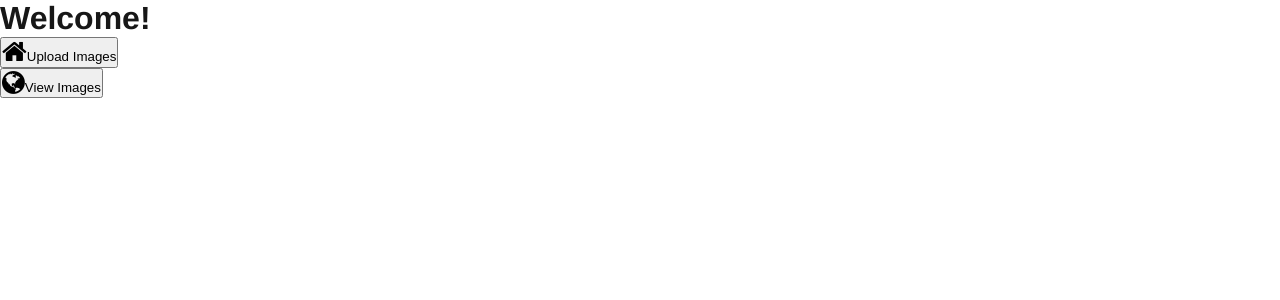
Repository: EricRobertCampbell/palaeo-fossil-classifier
Page: /dashboard (app in palaeo-fossil-classifier/)
The author's editor kept a copy of each file at every save. The page is drawn from the files as they stood at one save, then again after the next save.
The browser window is 1280 px wide. The pictures show the whole page.
Some web libraries are served in a nearby version. The project was rebuilt for these pictures with package versions that can differ from the ones it lists, and the page was loaded fresh each time. The framework's server and built-in components were replaced by stand-ins that run in the browser. Also part of the build but not shown: palaeo-fossil-classifier/next.config.ts, palaeo-fossil-classifier/app/admin.tsx, palaeo-fossil-classifier/app/classify.tsx.

Above is the page before, as saved 2024-11-30 14:18:34.

### palaeo-fossil-classifier/app/dashboard/page.tsx
"use client";
import React from "react";
import "./page.module.css";
import { useState } from "react";
import Admin from "../admin";
import Classify from "../classify";

export default function dashboard() {
  const [component1, setComponent1] = useState(false);
  const [component2, setComponent2] = useState(false);

  const handleAdmin = () => {
    setComponent1(true);
    setComponent2(false);
  };
  const handleClasify = () => {
    setComponent2(true);
    setComponent1(false);
  };

  return (
    <div>
      <h1>Welcome!</h1>
      <div className="area">
        <nav className="main-menu">
          <ul>
            <li className="">
              <button
                onClick={() => {
                  handleAdmin();
                }}
              >
                <i className="fa fa-home fa-2x"></i>
                <span className="nav-text">Upload Images</span>
              </button>
            </li>
            <li className="has-subnav">
              <button
                onClick={() => {
                  handleClasify();
                }}
              >
                <i className="fa fa-globe fa-2x"></i>
                <span className="nav-text">View Images</span>
              </button>
            </li>
          </ul>
        </nav>
        <div className="component">{component1 ? <Admin /> : <></>}</div>
        <div className="component">{component2 ? <Classify /> : <></>}</div>
      </div>
    </div>
  );
}

### palaeo-fossil-classifier/app/globals.css
:root {
  --background: #ffffff;
  --foreground: #171717;
}

@media (prefers-color-scheme: dark) {
  :root {
    --background: #0a0a0a;
    --foreground: #ededed;
  }
}

html,
body {
  max-width: 100vw;
  overflow-x: hidden;
}

body {
  color: var(--foreground);
  background: var(--background);
  font-family: Helvetica;
  -webkit-font-smoothing: antialiased;
  -moz-osx-font-smoothing: grayscale;
}

* {
  box-sizing: border-box;
  padding: 0;
  margin: 0;
}

a {
  color: inherit;
  text-decoration: none;
}

@media (prefers-color-scheme: dark) {
  html {
    color-scheme: dark;
  }
}

### palaeo-fossil-classifier/app/dashboard/page.module.css
@import url(//netdna.bootstrapcdn.com/font-awesome/4.0.3/css/font-awesome.css);

@import url(https://fonts.googleapis.com/css?family=Titillium+Web:300);

.area{
    display: inline;
}

.fa-2x {
font-size: 2em;
}
.fa {
position: relative;
display: table-cell;
width: 60px;
height: 36px;
text-align: center;
vertical-align: middle;
font-size:20px;
}


.main-menu:hover,nav.main-menu.expanded {
width:250px;
overflow:visible;
}

.main-menu {
background:#212121;
border-right:1px solid #e5e5e5;
position:absolute;
top:0;
bottom:0;
height:100%;
left:0;
width:60px;
overflow:hidden;
-webkit-transition:width .05s linear;
transition:width .05s linear;
-webkit-transform:translateZ(0) scale(1,1);
z-index:1000;
}

.main-menu>ul {
margin:7px 0;
}

.main-menu li {
position:relative;
display:block;
width:250px;
}

.main-menu li>a {
position:relative;
display:table;
border-collapse:collapse;
border-spacing:0;
color:#999;
 font-family: arial;
font-size: 14px;
text-decoration:none;
-webkit-transform:translateZ(0) scale(1,1);
-webkit-transition:all .1s linear;
transition:all .1s linear;

}

.main-menu .nav-icon {
position:relative;
display:table-cell;
width:60px;
height:36px;
text-align:center;
vertical-align:middle;
font-size:18px;
}

.main-menu .nav-text {
position:relative;
display:table-cell;
vertical-align:middle;
width:190px;
  font-family: 'Titillium Web', sans-serif;
}

.main-menu>ul.logout {
position:absolute;
left:0;
bottom:0;
}

.no-touch .scrollable.hover {
overflow-y:hidden;
}

.no-touch .scrollable.hover:hover {
overflow-y:auto;
overflow:visible;
}

.a:hover,.a:focus {
text-decoration:none;
}

.nav {
-webkit-user-select:none;
-moz-user-select:none;
-ms-user-select:none;
-o-user-select:none;
user-select:none;
}

.nav ul,.nav li {
outline:0;
margin:0;
padding:0;
}
.main-menu li:hover>a,nav.main-menu li.active>a,.dropdown-menu>li>a:hover,.dropdown-menu>li>a:focus,.dropdown-menu>.active>a,.dropdown-menu>.active>a:hover,.dropdown-menu>.active>a:focus,.no-touch .dashboard-page nav.dashboard-menu ul li:hover a,.dashboard-page nav.dashboard-menu ul li.active a {
color:#fff;
background-color:#000000;
}
.area {
float: left;
background: #e2e2e2;
width: 100%;
height: 100%;
}

.component{
    display: inline;
}

@font-face {
  font-family: 'Titillium Web';
  font-style: normal;
  font-weight: 300;
  src: local('Titillium WebLight'), local('TitilliumWeb-Light'), url(http://themes.googleusercontent.com/static/fonts/titilliumweb/v2/anMUvcNT0H1YN4FII8wpr24bNCNEoFTpS2BTjF6FB5E.woff) format('woff');
}

Loaded but not shown: palaeo-fossil-classifier/app/layout.tsx (common file)

After the next save:
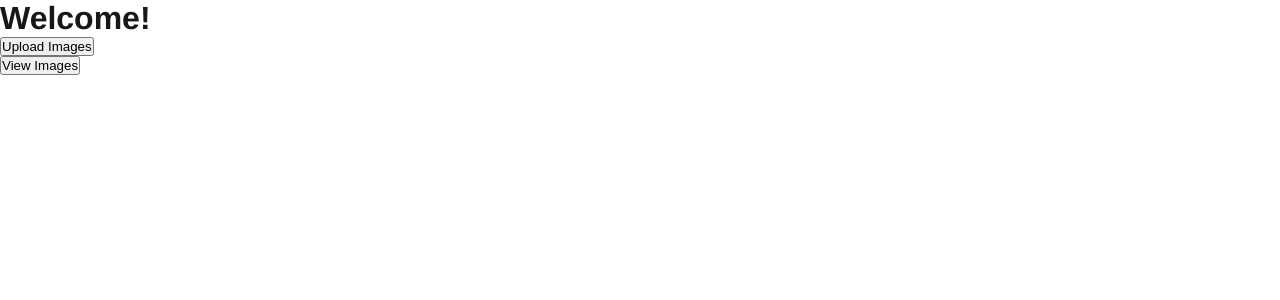
Saved 2 min 24 s later.
--- a/palaeo-fossil-classifier/app/dashboard/page.tsx
+++ b/palaeo-fossil-classifier/app/dashboard/page.tsx
@@ -30,7 +30,6 @@ export default function dashboard() {
                   handleAdmin();
                 }}
               >
-                <i className="fa fa-home fa-2x"></i>
                 <span className="nav-text">Upload Images</span>
               </button>
             </li>
@@ -40,7 +39,6 @@ export default function dashboard() {
                   handleClasify();
                 }}
               >
-                <i className="fa fa-globe fa-2x"></i>
                 <span className="nav-text">View Images</span>
               </button>
             </li>
